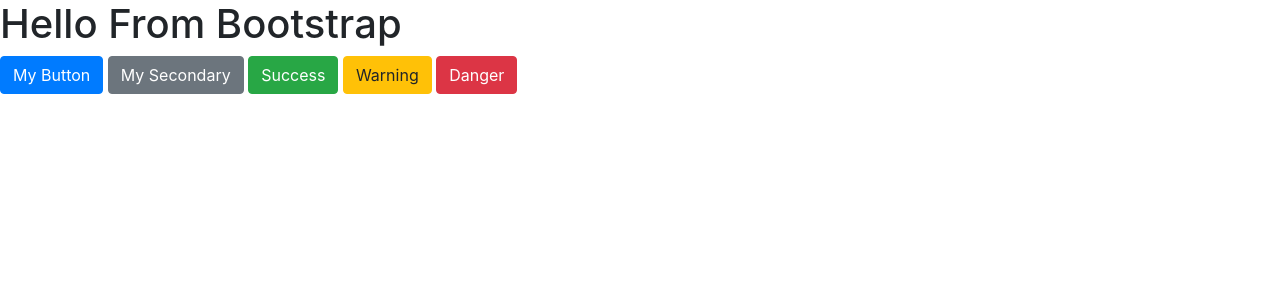
Repository: mohsinfarabi/bootstrap-practice
Page: index.html
An editor plug-in stored every save of this project. The page is shown before and after the next save, followed by the edit.
The browser window is 1280 px wide. The pictures show the whole page.

Above is the page before, as saved 2020-07-06 02:49:38.

### index.html
<!DOCTYPE html>
<html lang="en">

<head>
    <meta charset="UTF-8">
    <meta name="viewport" content="width=device-width, initial-scale=1.0">
    <title>Document</title>
    <link rel="stylesheet" href="css\bootstrap\css\bootstrap.min.css">
</head>

<body>
    <h1>Hello From Bootstrap</h1>
    <button class="btn btn-primary">My Button</button>
    <button class="btn btn-secondary">My Secondary</button>
    <button class="btn btn-success">Success</button>
    <button class="btn btn-warning">Warning</button>
    <button class="btn btn-danger">Danger</button>
</body>

</html>

Loaded but not shown: css/bootstrap/css/bootstrap.min.css (library)

After the next save:
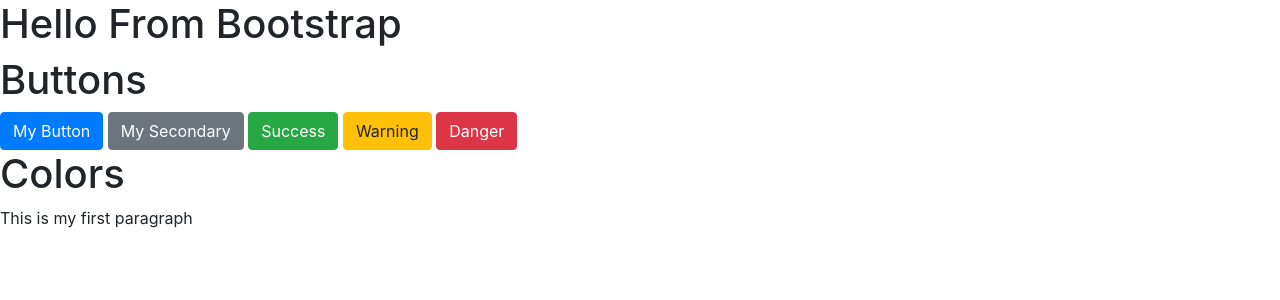
Saved 52 s later.
--- a/index.html
+++ b/index.html
@@ -10,11 +10,15 @@
 
 <body>
     <h1>Hello From Bootstrap</h1>
+    <h1>Buttons</h1>
     <button class="btn btn-primary">My Button</button>
     <button class="btn btn-secondary">My Secondary</button>
     <button class="btn btn-success">Success</button>
     <button class="btn btn-warning">Warning</button>
     <button class="btn btn-danger">Danger</button>
+
+    <h1>Colors</h1>
+    <p>This is my first paragraph</p>
 </body>
 
 </html>
